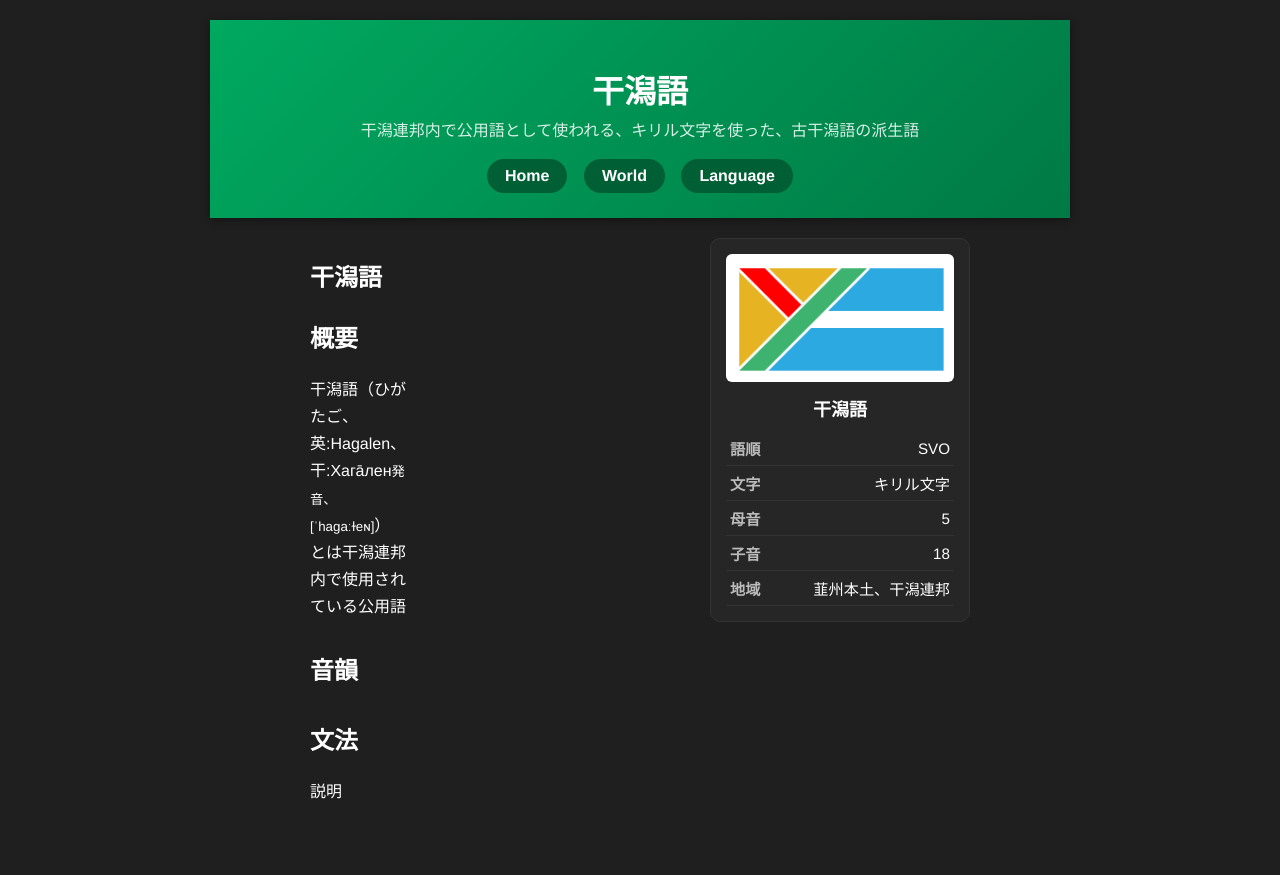
Repository: Player5270-antake/Player5270-antake.github.io
Page: language/hagalen/index.html
An editor plug-in stored every save of this project. The page is shown before and after the next save, followed by the edit.
The browser window is 1280 px wide. The pictures show the whole page.

Above is the page before, as saved 2026-03-08 16:58:47.

After the next save:
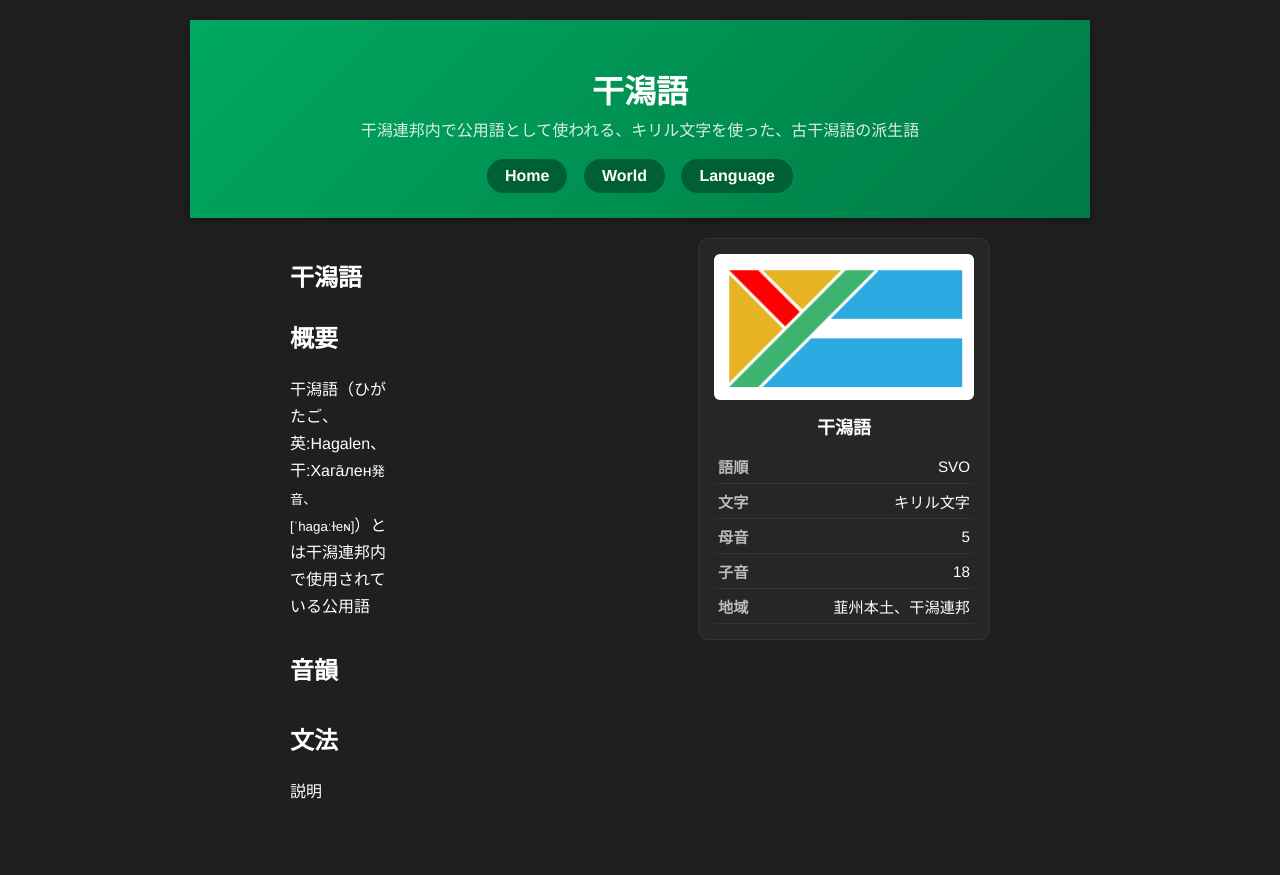
Saved 5 s later.
--- a/css/style.css
+++ b/css/style.css
@@ -1,7 +1,4 @@
 /*全体設定*/
-*{
-    box-sizing:border-box;
-}
 
 body{
     background-color:#1f1f1f;

After the save that followed:
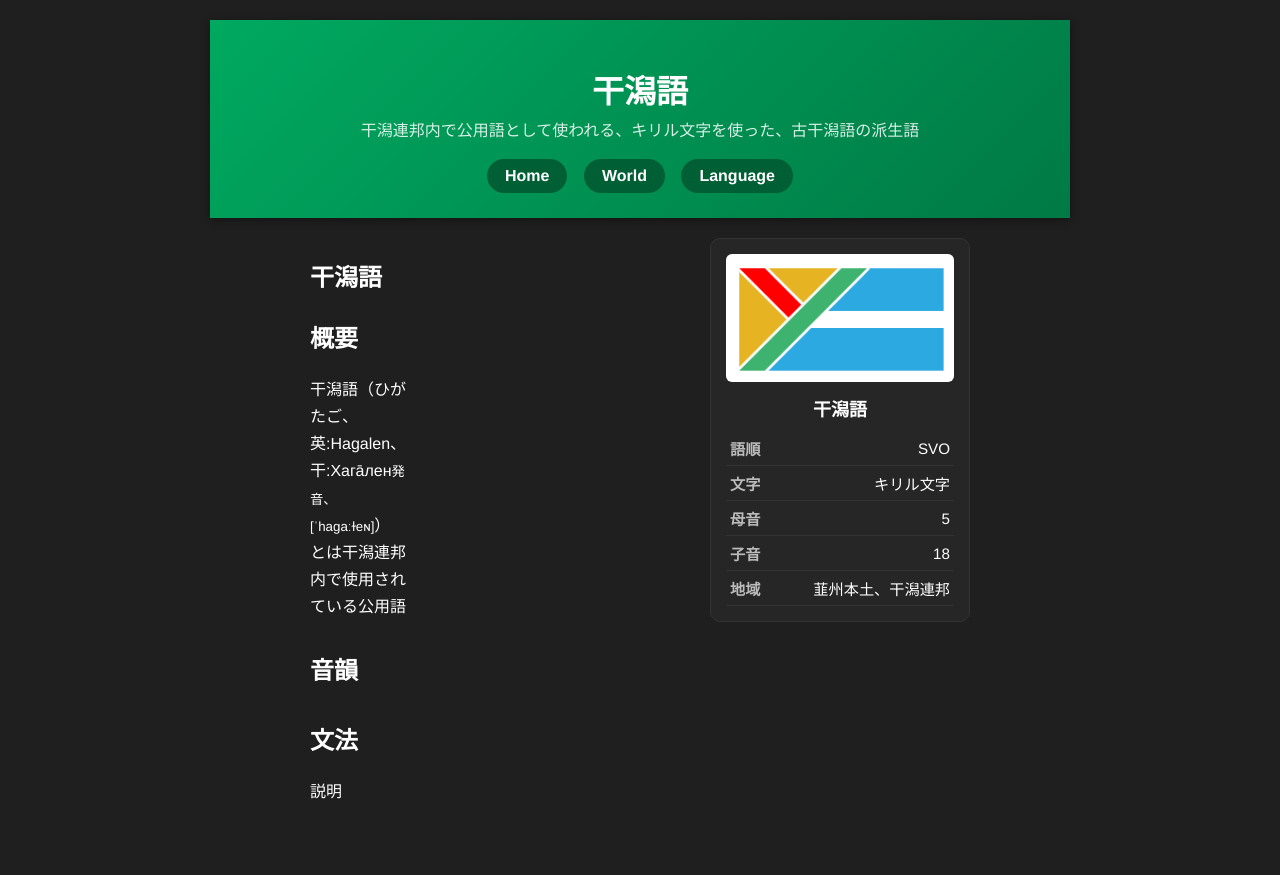
Saved 20 s later.
--- a/css/style.css
+++ b/css/style.css
@@ -1,4 +1,7 @@
 /*全体設定*/
+*{
+    box-sizing:border-box;
+}
 
 body{
     background-color:#1f1f1f;
